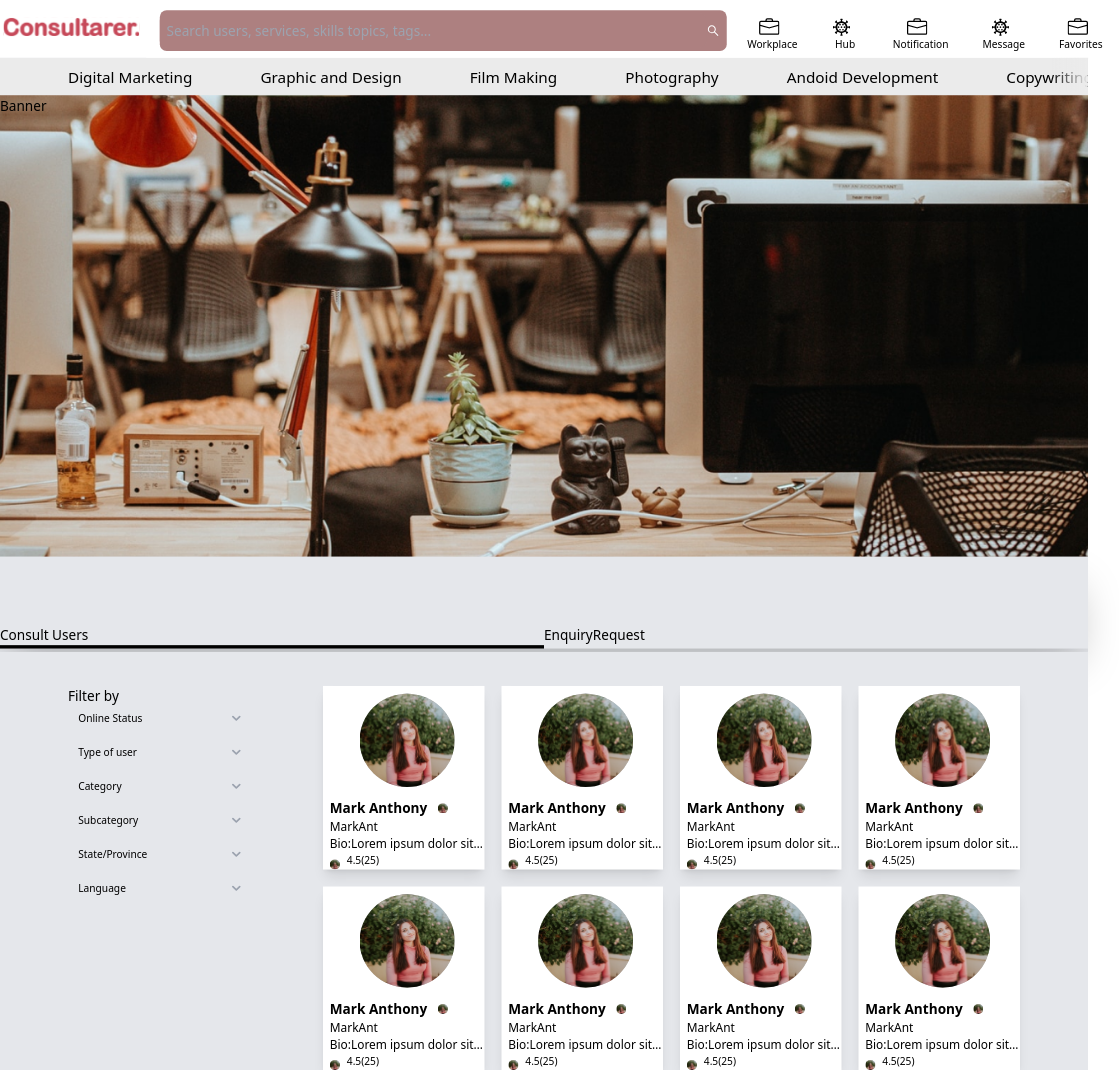
Repository: hisreal123/Consultarer
Page: /
An editor plug-in stored every save of this project. The page is shown before and after a run of saves, followed by the edit.
The browser window is 1280 px wide. The page is 1317 px wide, so the pictures cover 1317 px, including what lies to the right of the window. The pictures show the whole page, at 85% of full size.
The project was rebuilt for these pictures with package versions that can differ from the ones it lists, and the page was loaded fresh each time. The framework's server and built-in components were replaced by stand-ins that run in the browser. Also part of the build but not shown: next.config.js, webpack.config.js, components/Filter/Sortby.js.

Above is the page before, as saved 2022-04-26 00:31:08.

### pages/_app.js
import Layout from "../components/Layout";
import "../styles/globals.css";



function MyApp({ Component, pageProps }) {
  return (
    <Layout>
      <Component {...pageProps} />
    </Layout>
  );
}

export default MyApp;

### pages/index.js
import Head from "next/head";
import Image from "next/image";
import CatList from "../components/Category/CatList";
import { CatLinkData } from "../utils/CatLinkdata";
import { Banner } from "../components/Banner/Banner";
import { ContentTab } from "../components/CardContent/ContentTab";

export default function Home({ data }) {
  return (
    <div className=" ">
      <Head>
        <title>Cosultarer.</title>
        <meta name="description" content="Generated by create next app" />
        <link rel="icon" href="/favicon.ico" />
      </Head>

      <main className="bg-gray-200">
        <CatList allCatLinkData={data} />
        <Banner />
        <ContentTab />
      </main>
    </div>
  );
}

export async function getStaticProps() {
  return {
    props: {
      data: CatLinkData,
    },
    revalidate: 4 * 60 * 60,
  };
}

### components/Layout.js
import React from "react";
import { TopNav } from "./TopNav/TopNav";

const Layout = ({ children , toggle}) => {
  return (
    <div className="relative">
      <TopNav toggle={toggle}/>
      {children}
    </div>
  );
};

export default Layout;

### components/Category/CatList.js
import React from "react";
import ListLink from "./ListLink";
const CatList = ({ allCatLinkData }) => {
  return (
    <div className="relative  overflow-hidden ">
      <div className="relative">
        <ListLink data={allCatLinkData} />
      </div>
    </div>
  );
};

export default CatList;

### utils/CatLinkdata.js
// Json Array for CarTegory Section
export const CatLinkData = [
  {
    id: 1,
    Category: " Digital Marketing",
  },
  {
    id: 2,
    Category: " Graphic and Design",
  },
  {
    id: 3,
    Category: " Film Making",
  },
  {
    id: 4,
    Category: " Photography ",
  },
  {
    id: 5,
    Category: " Andoid Development ",
  },
  {
    id: 6,
    Category: " Copywriting ",
  },

  {
    id: 7,
    Category: " Photography ",
  },
  {
    id: 8,
    Category: " Andoid Development ",
  },
  {
    id: 9,
    Category: " Copywriting ",
  },
  {
    id: 10,
    Category: " Digital Marketing",
  },
  {
    id: 11,
    Category: " Graphic and Design",
  },
  {
    id: 12,
    Category: " Film Making",
  },
  {
    id: 13,
    Category: " Photography ",
  },
  {
    id: 14,
    Category: " Andoid Development ",
  },
  {
    id: 15,
    Category: " Copywriting ",
  },

  {
    id: 16,
    Category: " Photography ",
  },
  {
    id: 17,
    Category: " Andoid Development ",
  },
  {
    id: 18,
    Category: " Copywriting ",
  },
]; // End of CatLinks

// for Link Data

### components/Banner/Banner.js
import React from "react";

export const Banner = () => {
  return (
    <div className=" h-[543px]  bg-gray-200 bg-hero bg-origin-content bg-right md:bg-center bg-cover bg-no-repeat  ">
      Banner
    </div>
  );
};

### components/CardContent/ContentTab.js
import { React, Fragment, useState } from "react";
import { EnquiryRequest } from "./EnquiryRequest";
import { ConsultUsers } from "./ConsultUsers";

export const ContentTab = () => {
  const [index, setIndex] = useState(0);
  return (
    <div className="Tabs">
      <div className="tabList  grid grid-cols-2 pt-20 bg-gray-200 mb-1 shadow-2xl z-30">
        <div
          className={`tabHead   ${
            index === 0 ? " border-b-4 border-b-black   " : null
          }`}
          onClick={() => {
            setIndex(0);
          }}
        >
          <h1 className="">Consult Users</h1>
        </div>
        <div
          className={`tabHead ${
            index === 1 ? "  border-b-4 border-b-black " : null
          }`}
          onClick={() => {
            setIndex(1);
          }}
        >
          <h1>EnquiryRequest</h1>
        </div>
      </div>
      <div className="contentl ">
        <div className="tabContent" hidden={index != 0}>
          <ConsultUsers />
        </div>
        <div className="tabContent" hidden={index != 1}>
          <EnquiryRequest />
        </div>
      </div>
    </div>
  );
};

### components/TopNav/TopNav.js
import Link from "next/link";
import { React, useState } from "react";
import Search from "./Search";
import { TopNavMobile } from "../Mobile/TopNavMobile";
import { Aside } from "../Mobile/Aside";
import { AccountLinks } from "../AccountLinks";

// All design are been adjusted to mobile first
export const TopNav = () => {
  return (
    <div className=" shadow-sm ">
      {/* tablet and extended*/}
      <div className=" relative lg:flex item-center ">
        <TopNavMobile />
        <div className="wrap hidden lg:flex  lg:bg-white lg:w-screen   lg:pt-3">
          <Search
            widthStyle="  ml-4 rounded-full hidden md:block lg:mr-1 lg:flex lg:pr-2  lg:bg-[#ad8080] lg:text-white "
            inputStyle="lg:w-[643px] lg:py-2  lg:bg-[#ad8080] lg:pl-2 lg:rounded-lg lg:outline-none lg:text-white"
          />
          <div className="acct w-full relative">
            <AccountLinks />
          </div>
        </div>
      </div>
    </div>
  );
};

### components/Category/ListLink.js
import Link from "next/link";
import React from "react";
import { useRouter } from "next/router";

const ListLink = ({ data }) => {
  const router = useRouter();
  return (
    <div className="relative bg-[#EBEBEB]">
      <ul className="  relative flex whitespace-nowrap px-10 sm:px-20 space-x-10 sm:space-x-20 overflow-x-scroll scrollbar-hide py-2 md:text-lg lg:w-screen">
        {data.map((list) => (
          <li
            key={list.id}
            // onClick={() => router.push(`/${list.Category}`)}
            className="hover:scale-105 transition duration-100  cursor-pointer active:text-red-500"
          >
            {list.Category}
          </li>
        ))}
      </ul>

      <div className="absolute top-0 right-0 bg-gradient-to-l from-[#EBEBEB] h-10 w-11"></div>
    </div>
  );
};

export default ListLink;

### components/CardContent/EnquiryRequest.js
import { FilterList } from "../Filter/FilterList";
export const EnquiryRequest = () => {
  return (
    <div className="grid grid-cols-2 relative w-full bg-green-300">
    <FilterList />
    </div>
  );
};

### components/CardContent/ConsultUsers.js
import React from "react";
import { FilterList } from "../Filter/FilterList";
import { UserCard } from "./UserCard";
export const ConsultUsers = () => {
  return (
    <div className="grid grid-cols-4 pt-10 px-20 z-10 gap-20 relative w-full bg-gray-200">
      <FilterList />
      <div className="useCard col-span-3">
        <UserCard userStyle="" />
      </div>
    </div>
  );
};

### components/TopNav/Search.js
import React from "react";
import { AiOutlineSearch } from "react-icons/ai";

const Search = ({ widthStyle, mobileStyle, inputStyle , lgStyle}) => {
  return (
    <div
      className={`transition hover:shadow-md  flex items-center  relative  bg-white  justify-between pr-3 lg:mb-2 lg:rounded-lg group  ${widthStyle} ${mobileStyle} ${lgStyle}`}
    >
      <input
        type="text"
        name="search"
        id="search"
        placeholder="Search users, services, skills topics, tags... "
        className={inputStyle}
      />
      <AiOutlineSearch className="transition hover:scale-105 cursor-pointer  " />
    </div>
  );
};

export default Search;

### components/Mobile/TopNavMobile.js
import { React, useState } from "react";
import { Aside } from "../Mobile/Aside";
import { Logo } from "../Logo";
import { Profile } from "../Profile";
import Search from "../TopNav/Search";
import { MdMenu } from "react-icons/md";

export const TopNavMobile = () => {
  const [openSideBar, setOpenSideBar] = useState(false);
  return (
    <div className="mobile relative pl-1 px-2 pb-1">
      {/* mobile*/}
      {/* Adding pr-2 to make space for te search component*/}
      <div className=" relative flex justify-between items-center bg-white w-full lg:h-full">
        <div className=" relative flex items-center">
          <MdMenu
            className="text-3xl text-gray-600 mr-1 lg:hidden"
            onClick={() => setOpenSideBar(!openSideBar)}
          />
          <Logo />
        </div>
        <Profile /> {/* profile available only for mobile xs & sm screen size*/}
      </div>
      {/* Search avialable only for mobile xs & sm screen size*/}
      <Search
        widthStyle="w-full pl-2  lg:hidden"
        mobileStyle="mb-3 outline-none rounded-full border border-1 "
        inputStyle=" text-xs py-2 px-2 w-full md:text-md"
      />

      <Aside
        sidebarInfo={{ openSideBar, setOpenSideBar }}
        toggleStyle={`
      ${!openSideBar ? "-translate-x-full" : ""}
    `}
      />
    </div>
  );
};

### components/Mobile/Aside.js
import Link from "next/link";
import { React, useState } from "react";
import { GrFormClose } from "react-icons/gr";
import { AccountLinks } from "../AccountLinks";
import Divider from "../divider";
import { FilterList } from "../Filter/FilterList";
import { Logo } from "../Logo";
// Repeated Style for more than one Element
const GenDesc = "text-xs text-red-500  pl-2 py-1";

export const Aside = ({
  toggleStyle,
  sidebarInfo: { openSideBar, setOpenSideBar },
}) => {
  return (
    <div
      className={` bg-white  absolute top-0  left-0  shadow-lg overflow-hidden w-3/4  transition pb-20 z-50  md:w-50 lg:hidden
      ${openSideBar ? " " : "-translate-x-full"} ${toggleStyle}
      `}
    >
      <div className="top ">
        <div className="top flex  justify-between items-center py-2 px-2">
          <Logo />
          <GrFormClose
            className="text-3xl"
            onClick={() => setOpenSideBar(!openSideBar)}
          />
        </div>
        <Divider />
        <h4 className={GenDesc}> Account</h4>
        <AccountLinks />
        <Divider />
        <FilterList filStyle={GenDesc} />
      </div>
    </div>
  );
};

### components/AccountLinks.js
import React from "react";
import { BsBriefcase } from "react-icons/bs";
import { MdOutlineCoronavirus } from "react-icons/md";
import Divider from "./divider";

const AsideLink = [
  {
    id: 1,
    title: " Workplace",
    icon: <BsBriefcase />,
  },

  {
    id: 2,
    title: "Hub",
    icon: <MdOutlineCoronavirus />,
  },

  {
    id: 3,
    title: " Notification",
    icon: <BsBriefcase />,
  },

  {
    id: 4,
    title: "Message",
    icon: <MdOutlineCoronavirus />,
  },

  {
    id: 5,
    title: " Favorites",
    icon: <BsBriefcase />,
  },
];

export const AccountLinks = () => {
  return (
    <div className=" group md:flex md:items-center md:justify-between md:w-full relative   lg:justify-between lg:items-center">
      {AsideLink.map((item) => (
        <div
          key={item.id}
          className="flex items-center px-2 py-2 mb-1 hover:bg-red-200 last:mb-0 md:text-2xl lg:px-0 lg:pt-2 lg:flex-col lg:pl-5 lg:pr-5  lg:hover:bg-white group lg:mb-0 lg:hover:border-b lg:border-b-black transition duration-150 "
        >
          <span className="mr-2 sm:hover:text-red-400 lg:hover:text-black lg:hover:font-extrabold  transition duration-100 lg:hover:animate-bounce">
            {item.icon}
          </span>
          <h1 className="text-xs"> {item.title}</h1>
        </div>
      ))}
    </div>
  );
};

### components/Filter/FilterList.js
import Divider from "../divider";
import { FilterCheckBox } from "./FilterCheckBox";
import Sortby from "./Sortby";

export const FilterList = ({ filStyle }) => {
  return (
    <div className=" ">
      <h3 className={filStyle}> Filter by</h3>

      <div className="wrap px-2">
        <FilterCheckBox OptionTitle="Online Status" />
        <FilterCheckBox OptionTitle="Type of user" />
        <FilterCheckBox OptionTitle="Category" />
        <FilterCheckBox OptionTitle="Subcategory" />
        <FilterCheckBox OptionTitle="State/Province" />
        <FilterCheckBox OptionTitle="Language" />

        {/*<Sortby title="Sort By" subTitle="Price" />
              <Divider />
          <Sortby title=" Rating " /> */}
      </div>
    </div>
  );
};

### components/CardContent/UserCard.js
import React from "react";
import Image from "next/image";
const User = [
  {
    slug: "user1",
    ImageProfile: "/img/unsplash_x9cXI2eQLBw.svg",
    fullname: " Mark Anthony",
    username: "MarkAnt",
    verified: true,
    rank: true,
    rate: "4.5(25)",
    salary: "50",
    timePrice: "10mins",
  },

  {
    slug: "user2",
    ImageProfile: "/img/unsplash_x9cXI2eQLBw.svg",
    fullname: " Mark Anthony",
    username: "MarkAnt",
    verified: true,
    rank: true,
    rate: "4.5(25)",
    salary: "50",
    timePrice: "10mins",
  },

  {
    slug: "user3",
    ImageProfile: "/img/unsplash_x9cXI2eQLBw.svg",
    fullname: " Mark Anthony",
    username: "MarkAnt",
    verified: true,
    rank: true,
    rate: "4.5(25)",
    salary: "50",
    timePrice: "10mins",
  },

  {
    slug: "user4",
    ImageProfile: "/img/unsplash_x9cXI2eQLBw.svg",
    fullname: " Mark Anthony",
    username: "MarkAnt",
    verified: true,
    rank: true,
    rate: "4.5(25)",
    salary: "50",
    timePrice: "10mins",
  },
  {
    slug: "user5",
    ImageProfile: "/img/unsplash_x9cXI2eQLBw.svg",
    fullname: " Mark Anthony",
    username: "MarkAnt",
    verified: true,
    rank: true,
    rate: "4.5(25)",
    salary: "50",
    timePrice: "10mins",
  },

  {
    slug: "user6",
    ImageProfile: "/img/unsplash_x9cXI2eQLBw.svg",
    fullname: " Mark Anthony",
    username: "MarkAnt",
    verified: true,
    rank: true,
    rate: "4.5(25)",
    salary: "50",
    timePrice: "10mins",
  },

  {
    slug: "user7",
    ImageProfile: "/img/unsplash_x9cXI2eQLBw.svg",
    fullname: " Mark Anthony",
    username: "MarkAnt",
    verified: true,
    rank: true,
    rate: "4.5(25)",
    salary: "50",
    timePrice: "10mins",
  },

  {
    slug: "user8",
    ImageProfile: "/img/unsplash_x9cXI2eQLBw.svg",
    fullname: " Mark Anthony",
    username: "MarkAnt",
    verified: true,
    rank: true,
    rate: "4.5(25)",
    salary: "50",
    timePrice: "10mins",
  },
];

export const UserCard = ({ userStyle }) => {
  return (
    <div className={`cardWrapper relative `}>
      <div className="cardContent">
        <div className=" details relative  grid grid-cols-4 gap-5 ">
          {User.map((user, slug) => (
            <div
              className={` user relative flex flex-col bg-white pt-2 pl-2 shadow-lg ${userStyle}`}
              key={slug}
            >
              <div className="relative h-7 w-28 self-center  mb-24 ">
                <Image
                  src={user.ImageProfile}
                  height="100"
                  width="100"
                  layout="responsive"
                  alt="profile Image"
                />
              </div>
              <div className="infos relative">
                <h2 className=" font-semibold flex items-center">
                  {user.fullname}
                  {user.verified ? (
                    <div className="w-3 ml-3">
                      <Image
                        src="/img/unsplash_x9cXI2eQLBw.svg"
                        alt="verified"
                        layout="responsive"
                        height="100"
                        width="100"
                      />
                    </div>
                  ) : (
                    null(" false")
                  )}
                </h2>
                <h3 className=" font-medium text-sm"> {user.username} </h3>

                <p className="text-sm truncate">
                  Bio:
                  <span>
                    Lorem ipsum dolor sit amet, consectetur adipisicing elit.
                    Similique itaque dolore, quod hic magnam facere enim
                    temporibus esse eligen
                  </span>
                </p>

                <p className="star text-xs flex items-center">
                  <div className="w-3 mr-2 mt-2">
                    <Image
                      src="/img/unsplash_x9cXI2eQLBw.svg"
                      alt="verified"
                      layout="responsive"
                      height="100"
                      width="100"
                    />
                  </div>
                  <span>{user.rate}</span>
                </p>
              </div>
            </div>
          ))}
        </div>
      </div>
    </div>
  );
};

### components/Logo.js
import Link from "next/link";
import React from "react";
import LogoPic from "../public/img/logo.svg";
export const Logo = () => {
  return (
    <div>
      <Link href="#">
        <a className="cursor-pointer">
          <LogoPic className="h-10 w-28 md:w-36 lg:h-30 lg:w-40 lg:pt-2 lg:pb-2" />
        </a>
      </Link>
    </div>
  );
};

### components/Profile.js
import React from "react";
import ProfilePic from "../public/img/unsplash_x9cXI2eQLBw.svg";

export const Profile = () => {
  return (
    <div className="group absolute right-0 pr-2 lg:hidden transition duration-150">
      <ProfilePic className="text-3xl group:hover:shadow-lg " />
      <span className="bg-green-600 h-2 w-2 absolute z-10 bottom-1 right-2  rounded-full "></span>
    </div>
  );
};

### components/divider.js
import React from "react";

function Divider() {
  return <div className="divider h-[0.08px] w-full bg-gray-300 "></div>;
}

export default Divider;

### components/Filter/FilterCheckBox.js
import { useState } from "react";
import { Listbox, Transition } from "@headlessui/react";
import { ChevronDownIcon } from "@heroicons/react/solid";

const people = [
  { id: 2, title: "Online Status" },
  { id: 3, title: "Option2" },
  { id: 4, title: "Option3" },
  { id: 5, title: "Option4" },
  { id: 5, title: "Option5" },
];

export const FilterCheckBox = ({ OptionTitle }) => {
  const [selectedPerson, setSelectedPerson] = useState(people[0]);
  return (
    <Listbox value={selectedPerson} onChange={setSelectedPerson}>
      <div className="wrap ">
        <Listbox.Button className="mb-3 p-1 text-xs flex items-center w-full  justify-between   ">
          <span className="">{OptionTitle || selectedPerson.title}</span>
          <ChevronDownIcon className="w-5 h-5 text-gray-400" />
        </Listbox.Button>

        <Listbox.Options className="px-1 bg-gray-200 relative">
          {people.map((person) => (
            /* Disabled options will be skipped by keyboard navigation. */
            <Listbox.Option
              key={person.id}
              value={person}
              className="text-xs py-1 md:text-lg "
            >
              {({ active, selected }) => (
                <li
                  className={` py-1 px-2 ${
                    active ? "bg-blue-500 text-white " : "text-black"
                  }`}
                >
                  {selected}
                  {person.title}
                </li>
              )}
            </Listbox.Option>
          ))}
        </Listbox.Options>
      </div>
    </Listbox>
  );
};

### tailwind.config.js
module.exports = {
  mode: "jit",
  content: [
    "./pages/**/*.{js,ts,jsx,tsx}",
    "./components/**/*.{js,ts,jsx,tsx}",
  ],
  theme: {
    extend: {
      backgroundImage: {
        hero: "url('/img/BannerImage.png')",
      },
    },
  },
  plugins: [require("tailwind-scrollbar-hide")],
};

Loaded but not shown: styles/globals.css (common file)

After the next 4 saves:
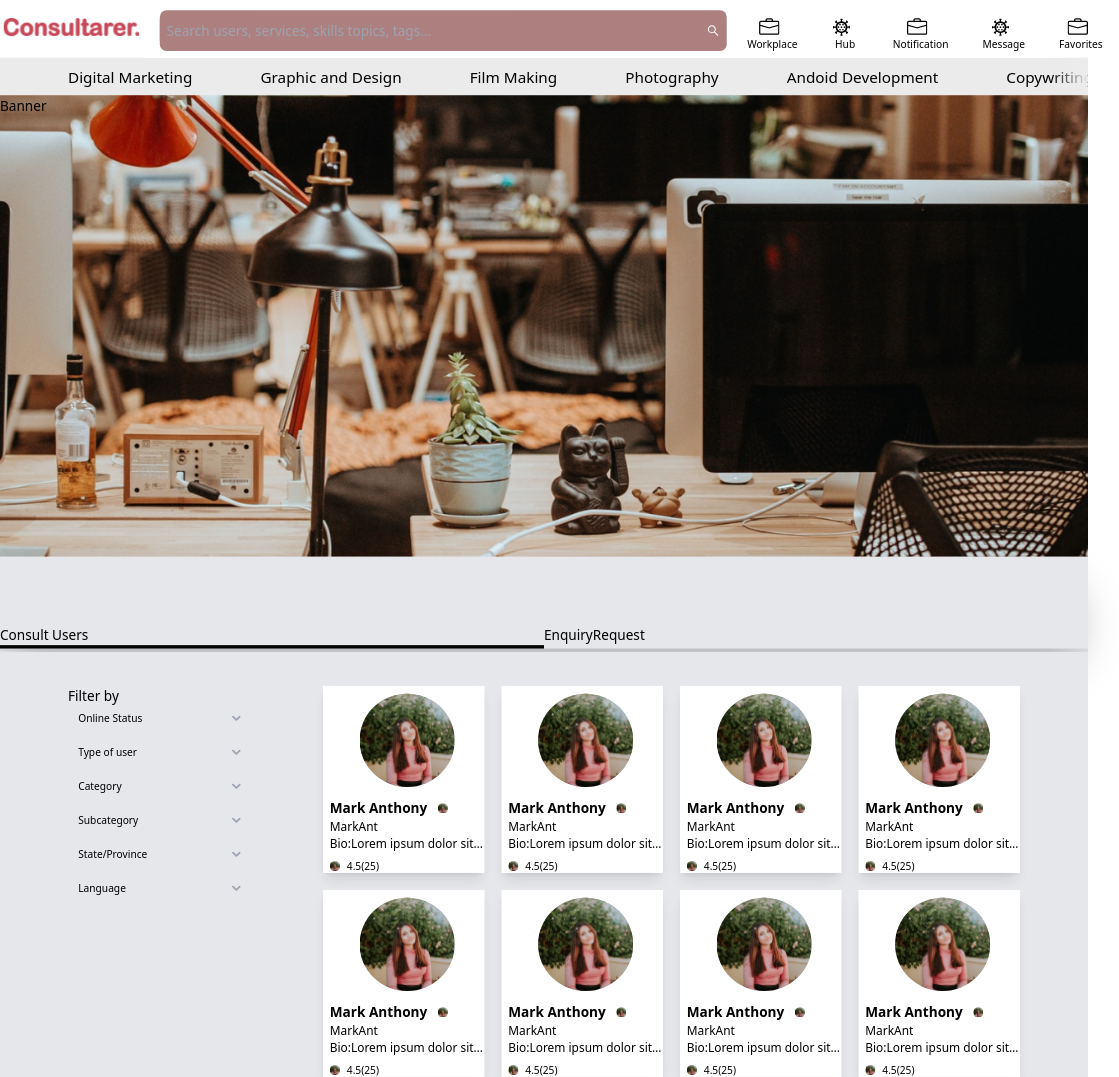
The 4 saves are shown as one change because they came seconds apart.
The last was saved 14 s later.
--- a/components/CardContent/UserCard.js
+++ b/components/CardContent/UserCard.js
@@ -144,8 +144,8 @@ export const UserCard = ({ userStyle }) => {
                   </span>
                 </p>
 
-                <p className="star text-xs flex items-center">
-                  <div className="w-3 mr-2 mt-2">
+                <p className="star text-xs flex items-center mt-2">
+                  <div className="w-3 mr-2 ">
                     <Image
                       src="/img/unsplash_x9cXI2eQLBw.svg"
                       alt="verified"
